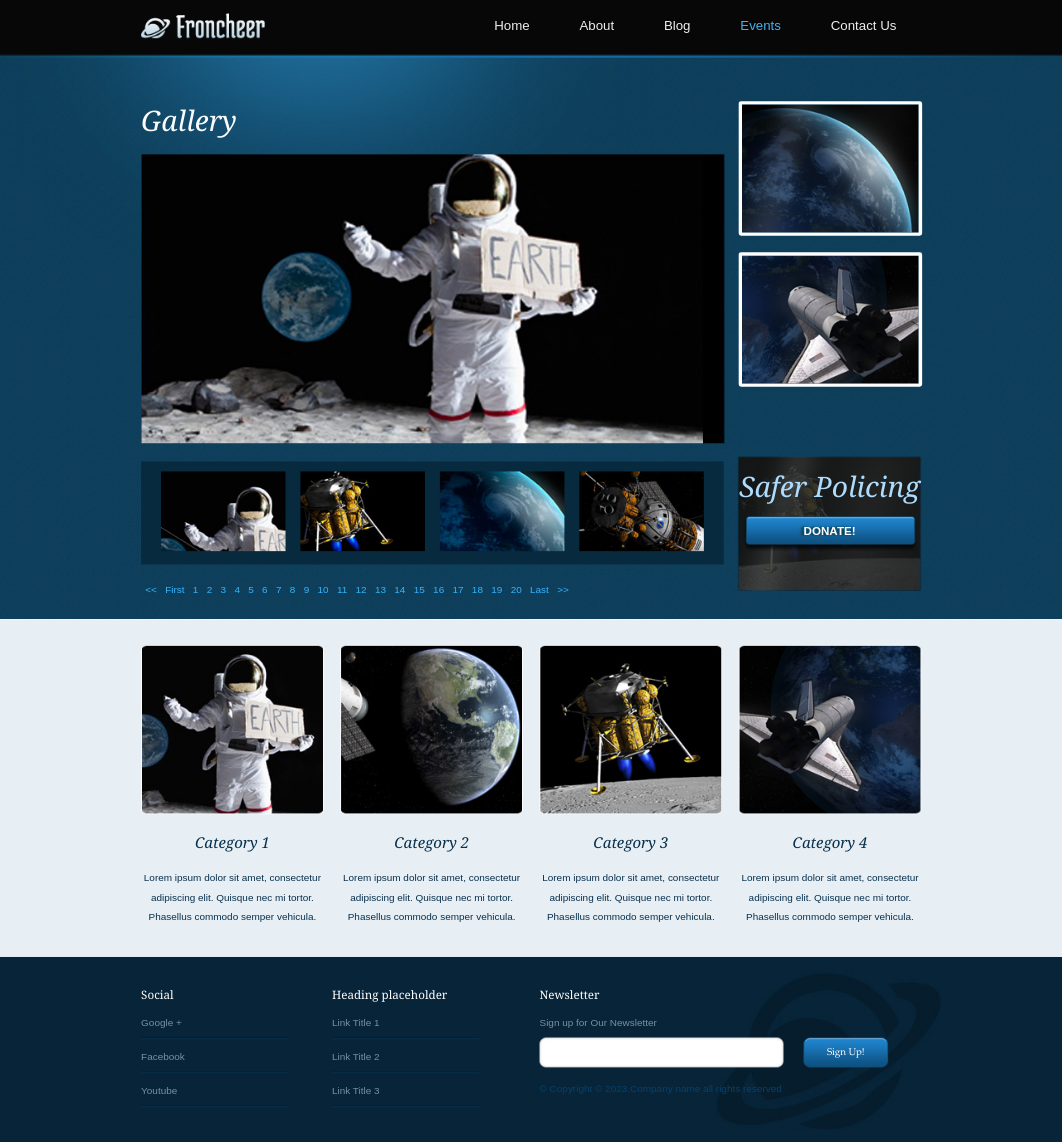
Repository: ojotosin/Hiai
Page: Hiai/gallery.html
These files come from the project's save history. The page is drawn as it stood at one moment and after the next save; the edit follows.
The browser window is 1280 px wide. The pictures show the whole page, at 83% of full size.

Above is the page before, as saved 2022-06-30 22:26:54.

After the next save:
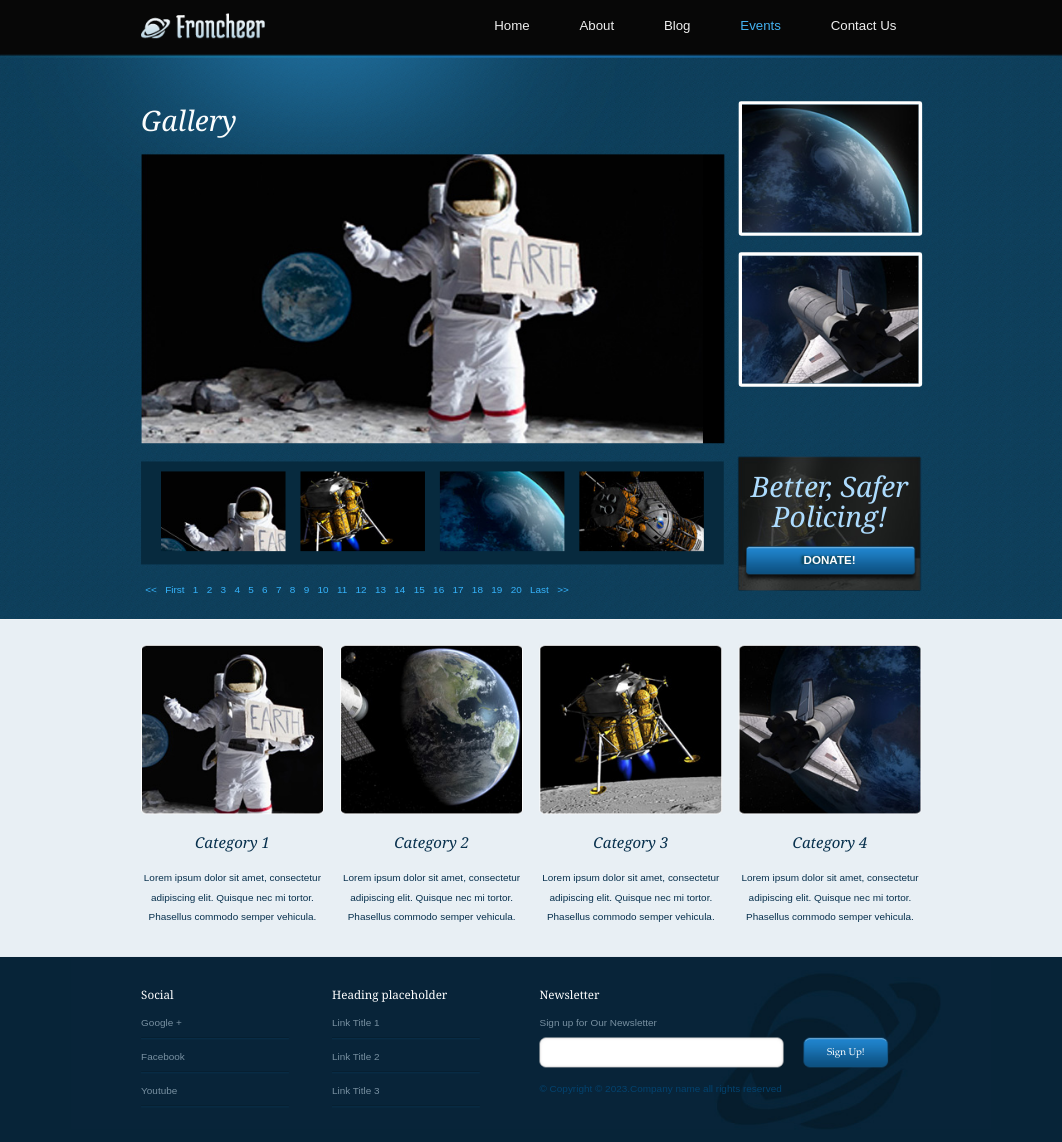
Saved 63 s later.
--- a/Hiai/gallery.html
+++ b/Hiai/gallery.html
@@ -43,7 +43,7 @@
 					</li>
 				</ul>
 				<div class="click-here">
-					<h1>Safer Policing</h1>
+					<h1>Better, Safer Policing!</h1>
 					<a href="index.html" class="btn1">Donate!</a>
 				</div>
 			</div>
